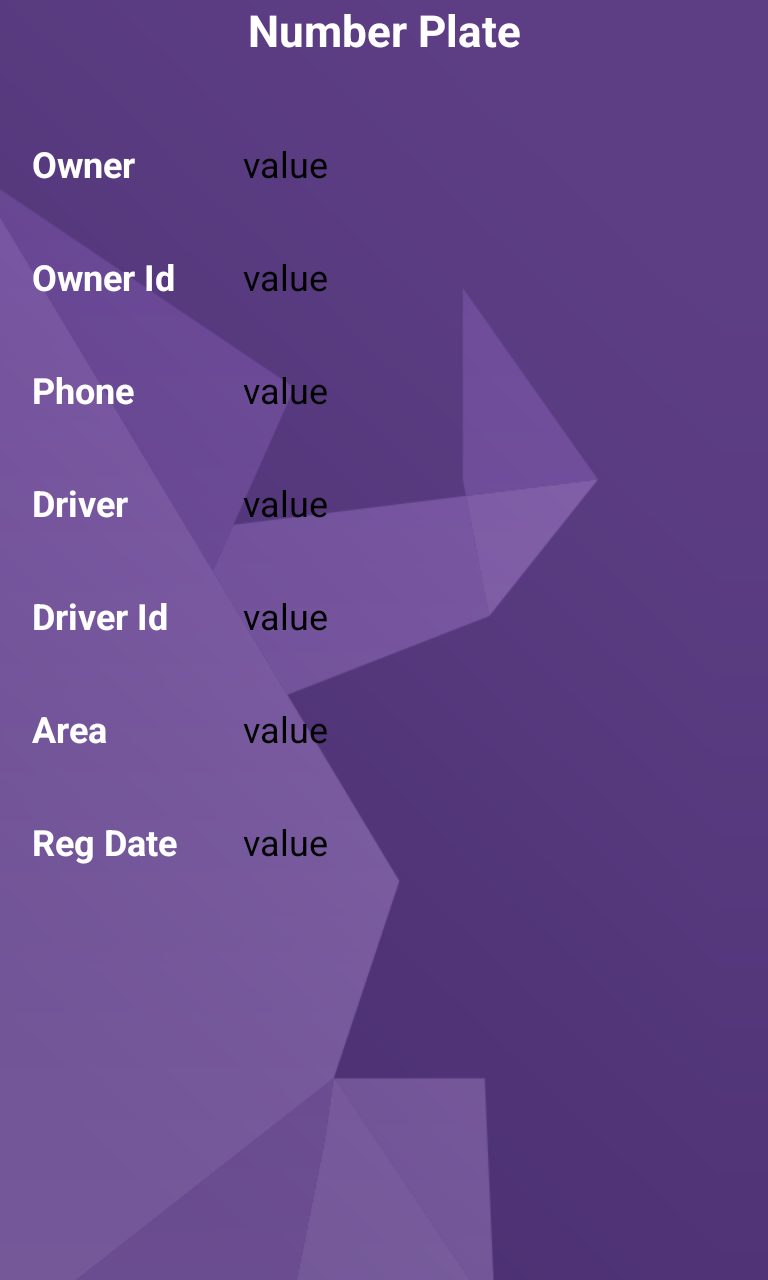
Repository: walteranyika/personal
Layout: PikiPiki/res/layout/activity_details.xml
The author's editor kept a copy of each file at every save. The layout is drawn from the files as they stood at one save, then again after the next save.
It is drawn on a 768 x 1280 px phone screen (xhdpi) without system bars, with theme AppTheme; the app's code is not run.

Above is the layout before, as saved 2015-11-06 12:11:55.

### PikiPiki/res/layout/activity_details.xml
<RelativeLayout xmlns:android="http://schemas.android.com/apk/res/android"
    xmlns:tools="http://schemas.android.com/tools"
    android:layout_width="match_parent"
    android:layout_height="match_parent"
    android:background="@drawable/background_fill"
    tools:context=".DetailsActivity" >

    <ImageView
        android:id="@+id/imageView1"
        android:layout_width="match_parent"
        android:layout_height="match_parent"
        android:layout_alignParentLeft="true"
        android:layout_alignParentTop="true"
        android:contentDescription="@string/background_image"
        android:scaleType="fitStart"
        android:src="@drawable/background" />

    <TextView
        android:id="@+id/tvRegNo"
        android:layout_width="match_parent"
        android:layout_height="wrap_content"
        android:layout_alignRight="@+id/imageView1"
        android:layout_marginBottom="24dp"
        android:gravity="center_horizontal"
        android:text="@string/number_plate"
        android:textAppearance="?android:attr/textAppearanceLarge"
        android:textColor="@android:color/white"
        android:textStyle="bold" />

    <LinearLayout
        android:padding="16dp"
        android:id="@+id/LinearLayout01"
        android:layout_width="fill_parent"
        android:layout_height="wrap_content"
        android:layout_alignParentLeft="true"
        android:layout_below="@+id/linearLayout1"
 >

        <TextView
            android:id="@+id/TextView01"
            android:layout_width="0dp"
            android:layout_height="wrap_content"
            android:layout_weight="0.3"
            android:text="@string/owner_id"
            android:textAppearance="?android:attr/textAppearanceMedium"
            android:textColor="@android:color/white"
            android:textStyle="bold" />

        <TextView
            android:id="@+id/tvOwnerId"
            android:layout_width="0dp"
            android:layout_height="wrap_content"
            android:layout_weight="0.7"
            android:text="@string/empty_string"
            android:textAppearance="?android:attr/textAppearanceMedium" />
    </LinearLayout>

    <LinearLayout
        android:padding="16dp"
        android:id="@+id/LinearLayout02"
        android:layout_width="fill_parent"
        android:layout_height="wrap_content"
        android:layout_alignParentLeft="true"
        android:layout_below="@+id/LinearLayout01"
      >

        <TextView
            android:id="@+id/TextView03"
            android:layout_width="0dp"
            android:layout_height="wrap_content"
            android:layout_weight="0.3"
            android:text="@string/phone"
            android:textAppearance="?android:attr/textAppearanceMedium"
            android:textColor="@android:color/white"
            android:textStyle="bold" />

        <TextView
            android:id="@+id/tvPhone"
            android:layout_width="0dp"
            android:layout_height="wrap_content"
            android:layout_weight="0.7"
            android:text="@string/empty_string"
            android:textAppearance="?android:attr/textAppearanceMedium" />
    </LinearLayout>

    <LinearLayout
        android:padding="16dp"
        android:id="@+id/LinearLayout03"
        android:layout_width="fill_parent"
        android:layout_height="wrap_content"
        android:layout_alignParentLeft="true"
        android:layout_below="@+id/LinearLayout02"
         >

        <TextView
            android:id="@+id/TextView05"
            android:layout_width="0dp"
            android:layout_height="wrap_content"
            android:layout_weight="0.3"
            android:text="@string/driver"
            android:textAppearance="?android:attr/textAppearanceMedium"
            android:textColor="@android:color/white"
            android:textStyle="bold" />

        <TextView
            android:id="@+id/tvDriverName"
            android:layout_width="0dp"
            android:layout_height="wrap_content"
            android:layout_weight="0.7"
            android:text="@string/empty_string"
            android:textAppearance="?android:attr/textAppearanceMedium" />
    </LinearLayout>

    <LinearLayout
        android:padding="16dp"
        android:id="@+id/LinearLayout04"
        android:layout_width="fill_parent"
        android:layout_height="wrap_content"
        android:layout_alignParentLeft="true"
        android:layout_below="@+id/LinearLayout03"
        >

        <TextView
            android:id="@+id/TextView07"
            android:layout_width="0dp"
            android:layout_height="wrap_content"
            android:layout_weight="0.3"
            android:text="@string/driver_id"
            android:textAppearance="?android:attr/textAppearanceMedium"
            android:textColor="@android:color/white"
            android:textStyle="bold" />

        <TextView
            android:id="@+id/tvDriverId"
            android:layout_width="0dp"
            android:layout_height="wrap_content"
            android:layout_weight="0.7"
            android:text="@string/empty_string"
            android:textAppearance="?android:attr/textAppearanceMedium" />
    </LinearLayout>

    <LinearLayout
        android:padding="16dp"
        android:id="@+id/LinearLayout05"
        android:layout_width="fill_parent"
        android:layout_height="wrap_content"
        android:layout_alignParentLeft="true"
        android:layout_below="@+id/LinearLayout04"
         >

        <TextView
            android:id="@+id/TextView09"
            android:layout_width="0dp"
            android:layout_height="wrap_content"
            android:layout_weight="0.3"
            android:text="@string/area"
            android:textAppearance="?android:attr/textAppearanceMedium"
            android:textColor="@android:color/white"
            android:textStyle="bold" />

        <TextView
            android:id="@+id/tvAreaOperation"
            android:layout_width="0dp"
            android:layout_height="wrap_content"
            android:layout_weight="0.7"
            android:text="@string/empty_string"
            android:textAppearance="?android:attr/textAppearanceMedium" />
    </LinearLayout>

    <LinearLayout
        android:padding="16dp"
        android:id="@+id/LinearLayout06"
        android:layout_width="fill_parent"
        android:layout_height="wrap_content"
        android:layout_alignParentLeft="true"
        android:layout_below="@+id/LinearLayout05"
        >

        <TextView
            android:id="@+id/TextView11"
            android:layout_width="0dp"
            android:layout_height="wrap_content"
            android:layout_weight="0.3"
            android:text="@string/reg_date"
            android:textAppearance="?android:attr/textAppearanceMedium"
            android:textColor="@android:color/white"
            android:textStyle="bold" />

        <TextView
            android:id="@+id/tvDate"
            android:layout_width="0dp"
            android:layout_height="wrap_content"
            android:layout_weight="0.7"
            android:text="@string/empty_string"
            android:textAppearance="?android:attr/textAppearanceMedium" />
    </LinearLayout>

    <LinearLayout
        android:padding="16dp"
        android:id="@+id/linearLayout1"
        android:layout_width="fill_parent"
        android:layout_height="wrap_content"
        android:layout_alignLeft="@+id/imageView1"
        android:layout_below="@+id/tvRegNo" >

        <TextView
            android:id="@+id/textView2"
            android:layout_width="0dp"
            android:layout_height="wrap_content"
            android:layout_weight="0.3"
            android:text="@string/owner"
            android:textAppearance="?android:attr/textAppearanceMedium"
            android:textColor="@android:color/white"
            android:textStyle="bold" />

        <TextView
            android:id="@+id/tvOwnerName"
            android:layout_width="0dp"
            android:layout_height="wrap_content"
            android:layout_weight="0.7"
            android:text="@string/empty_string"
            android:textAppearance="?android:attr/textAppearanceMedium" />
    </LinearLayout>

</RelativeLayout>

### PikiPiki/res/values/themes_apptheme.xml
<?xml version="1.0" encoding="utf-8"?>

<!-- Generated with http://android-holo-colors.com -->
<resources xmlns:android="http://schemas.android.com/apk/res/android">

  <style name="AppTheme" parent="@style/_AppTheme"/>

  <style name="_AppTheme" parent="android:Theme.Holo.Light">

    <item name="android:editTextBackground">@drawable/apptheme_edit_text_holo_light</item>

    <item name="android:buttonStyle">@style/ButtonAppTheme</item>

    <item name="android:imageButtonStyle">@style/ImageButtonAppTheme</item>

  </style>

</resources>

### PikiPiki/res/values/styles_apptheme.xml
<?xml version="1.0" encoding="utf-8"?>

<!-- Generated with http://android-holo-colors.com -->
<resources xmlns:android="http://schemas.android.com/apk/res/android">

  <style name="ButtonAppTheme" parent="android:Widget.Holo.Light.Button">
	  <item name="android:background">@drawable/apptheme_btn_default_holo_light</item>
  </style>

  <style name="ImageButtonAppTheme" parent="android:Widget.Holo.Light.ImageButton">
	  <item name="android:background">@drawable/apptheme_btn_default_holo_light</item>
  </style>

</resources>

### PikiPiki/res/drawable/apptheme_btn_default_holo_light.xml
<?xml version="1.0" encoding="utf-8"?>

<selector xmlns:android="http://schemas.android.com/apk/res/android">
    <item android:state_window_focused="false" android:state_enabled="true"
        android:drawable="@drawable/apptheme_btn_default_normal_holo_light" />
    <item android:state_window_focused="false" android:state_enabled="false"
        android:drawable="@drawable/apptheme_btn_default_disabled_holo_light" />
    <item android:state_pressed="true"
        android:drawable="@drawable/apptheme_btn_default_pressed_holo_light" />
    <item android:state_focused="true" android:state_enabled="true"
        android:drawable="@drawable/apptheme_btn_default_focused_holo_light" />
    <item android:state_enabled="true"
        android:drawable="@drawable/apptheme_btn_default_normal_holo_light" />
    <item android:state_focused="true"
        android:drawable="@drawable/apptheme_btn_default_disabled_focused_holo_light" />
    <item
         android:drawable="@drawable/apptheme_btn_default_disabled_holo_light" />
</selector>

### PikiPiki/res/values/strings.xml
<?xml version="1.0" encoding="utf-8"?>
<resources>

    <string name="app_name">PikiPiki</string>
    <string name="action_settings">Settings</string>
    <string name="motorbike">Motor Bike</string>
    <string name="sync">Sync</string>
    <string name="phone">Phone</string>
    <string name="_0734567843">Phone</string>
    <string name="area">Area</string>
    <string name="reg_date">Reg Date</string>
    <string name="driver_id">Driver Id</string>
    <string name="driver">Driver</string>
    <string name="owner">Owner</string>
    <string name="owner_id">Owner Id</string>
    <string name="search">Search</string>
    <string name="bike_reg_number">Bike Reg Number</string>
    <string name="back_ground_image">Back Ground Image</string>
    <string name="title_activity_details">DetailsActivity</string>
    <string name="hello_world">Hello world!</string>
    <string name="background_image">Background Image</string>
    <string name="empty_string">value</string>
    <string name="number_plate">Number Plate</string>

</resources>

Loaded but not shown: PikiPiki/res/values/styles.xml (common file); PikiPiki/res/drawable/apptheme_edit_text_holo_light.xml (common file); PikiPiki/res/values-v11/styles.xml (common file); PikiPiki/res/values-v14/styles.xml (common file)

After the next save:
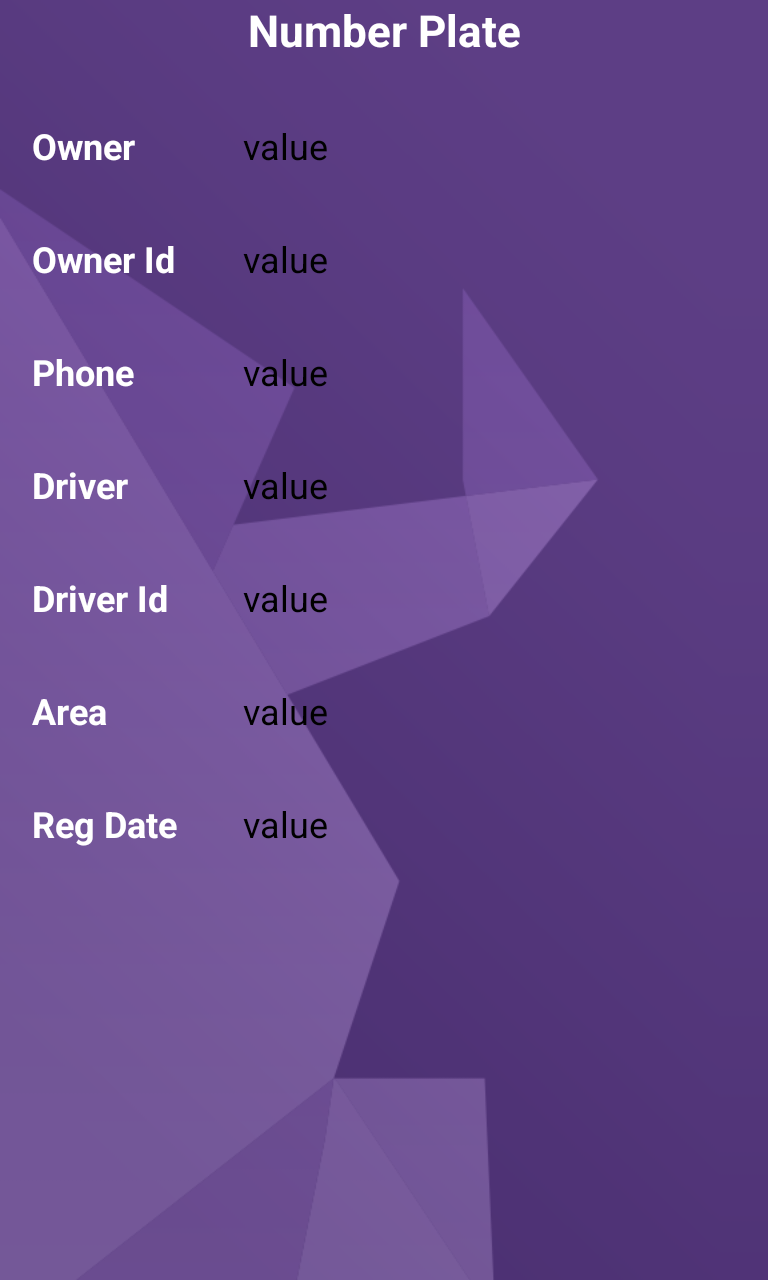
Saved 45 s later.
--- a/PikiPiki/res/layout/activity_details.xml
+++ b/PikiPiki/res/layout/activity_details.xml
@@ -20,7 +20,7 @@
         android:layout_width="match_parent"
         android:layout_height="wrap_content"
         android:layout_alignRight="@+id/imageView1"
-        android:layout_marginBottom="24dp"
+        android:layout_marginBottom="15dp"
         android:gravity="center_horizontal"
         android:text="@string/number_plate"
         android:textAppearance="?android:attr/textAppearanceLarge"
